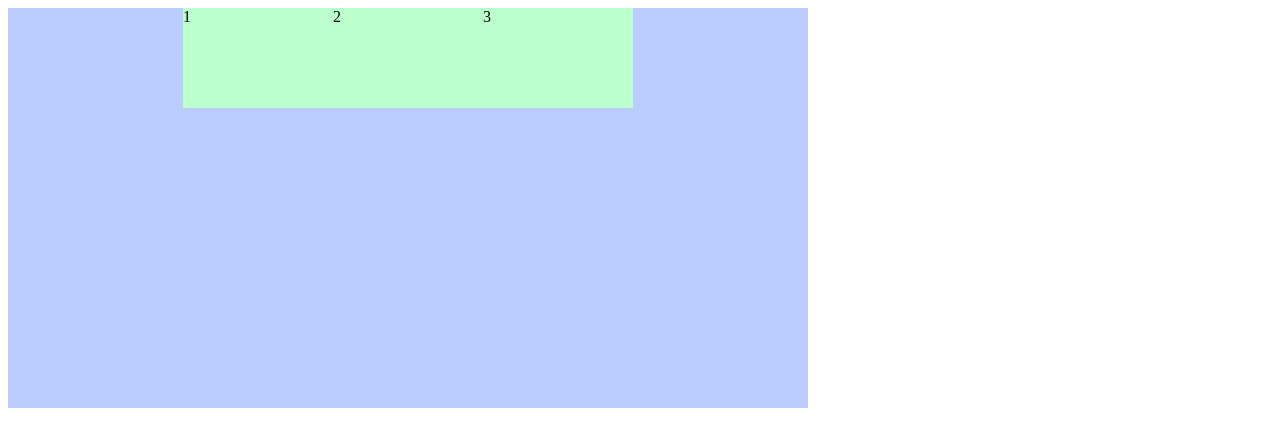
Repository: liutian97/learn1
Page: 移动端web开发/代码/2. Flex 伸缩布局/06-flex设置侧轴上的子元素排列方式.html
An editor plug-in stored every save of this project. The page is shown before and after a run of saves, followed by the edit.
The browser window is 1280 px wide. The pictures show the whole page.

Above is the page before, as saved 2022-07-02 17:01:15.

### 移动端web开发/代码/2. Flex 伸缩布局/06-flex设置侧轴上的子元素排列方式.html
<!DOCTYPE html>
<html lang="en">

<head>
  <meta charset="UTF-8">
  <meta http-equiv="X-UA-Compatible" content="IE=edge">
  <meta name="viewport" content="width=device-width, initial-scale=1.0">
  <title>Document</title>
  <style>
    div {
      width: 800px;
      height: 400px;
      background-color: #bcf;
      display: flex;
      /* (1) 默认的主轴是 x 轴 row */
      flex-direction: row;
      /* (2) justify-content: 设置主轴上子元素的排列方式 */
      justify-content: center;
    }
     div span {
      width: 150px;
      height: 100px;
      background-color: #bfc;

    }
  </style>
</head>

<body>
  <div>
    <span>1</span>
    <span>2</span>
    <span>3</span>
  </div>
</body>

</html>












<!-- <!DOCTYPE html>
<html lang="en">

<head>
    <meta charset="UTF-8">
    <meta name="viewport" content="width=device-width, initial-scale=1.0">
    <meta http-equiv="X-UA-Compatible" content="ie=edge">
    <title>Document</title>
    <style>
        div {
            display: flex;
            width: 800px;
            height: 400px;
            background-color: pink;
            /* 默认的主轴是 x 轴 row */
            flex-direction: column;
            justify-content: center;
            /* 我们需要一个侧轴居中 */
            /* 拉伸，但是子盒子不要给高度 */
            /* align-items: stretch; */
            align-items: center;
            /* align-content: center; */
        }

        div span {
            width: 150px;
            height: 100px;
            background-color: purple;
            color: #fff;
            margin: 10px;
        }
    </style>
</head>

<body>
    <div>
        <span>1</span>
        <span>2</span>
        <span>3</span>
    </div>
</body>

</html> -->

After the next 2 saves:
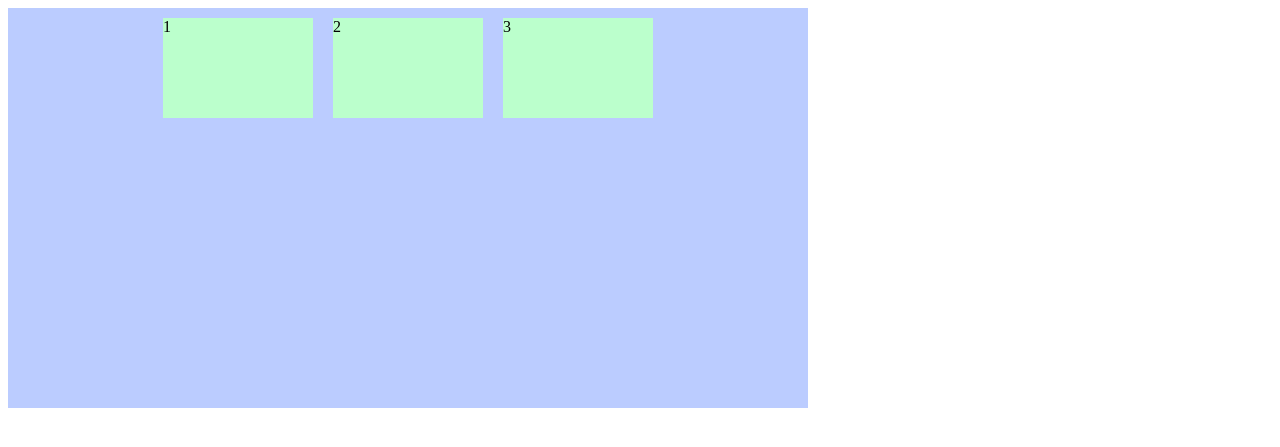
The 2 saves are shown as one change because they came seconds apart.
The last was saved 11 s later.
--- a/移动端web开发/代码/2. Flex 伸缩布局/06-flex设置侧轴上的子元素排列方式.html
+++ b/移动端web开发/代码/2. Flex 伸缩布局/06-flex设置侧轴上的子元素排列方式.html
@@ -17,11 +17,12 @@
       /* (2) justify-content: 设置主轴上子元素的排列方式 */
       justify-content: center;
     }
-     div span {
+
+    div span {
       width: 150px;
       height: 100px;
       background-color: #bfc;
-
+      margin: 10px;
     }
   </style>
 </head>
